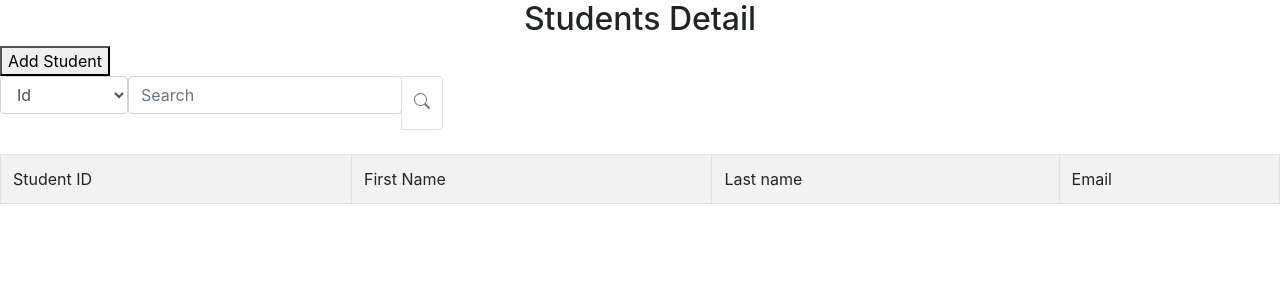
Repository: manvendra-24/jsp-servlets
Page: http://localhost/12-student-mvc-db/StudentController
These files come from the project's save history. The page is drawn as it stood at one moment and after the next save; the edit follows.
The browser window is 1280 px wide. The pictures show the whole page.
The page is served by Tomcat 9. Queries for data that is not in the repository find no rows.

Above is the page before, as saved 2024-07-18 18:57:47.

After the next save:
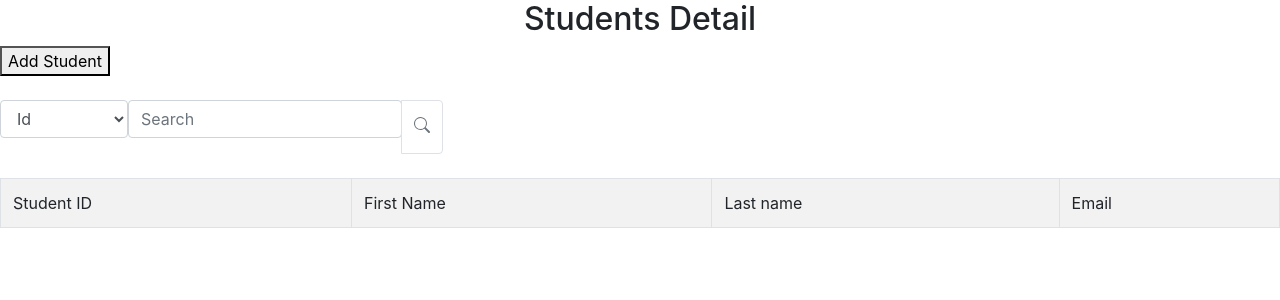
Saved 60 s later.
--- a/12-student-mvc-db/WebContent/view-students.jsp
+++ b/12-student-mvc-db/WebContent/view-students.jsp
@@ -16,7 +16,7 @@
 
 	<a href="add-student.jsp">
 		<button class="btn-btn-primary">Add Student</button>
-	</a><br>
+	</a><br><br>
 	<form class="input-group" action="StudentController" method="get">
 		<input type="hidden" name="command" value="search" />
 		<div class="form-group">
